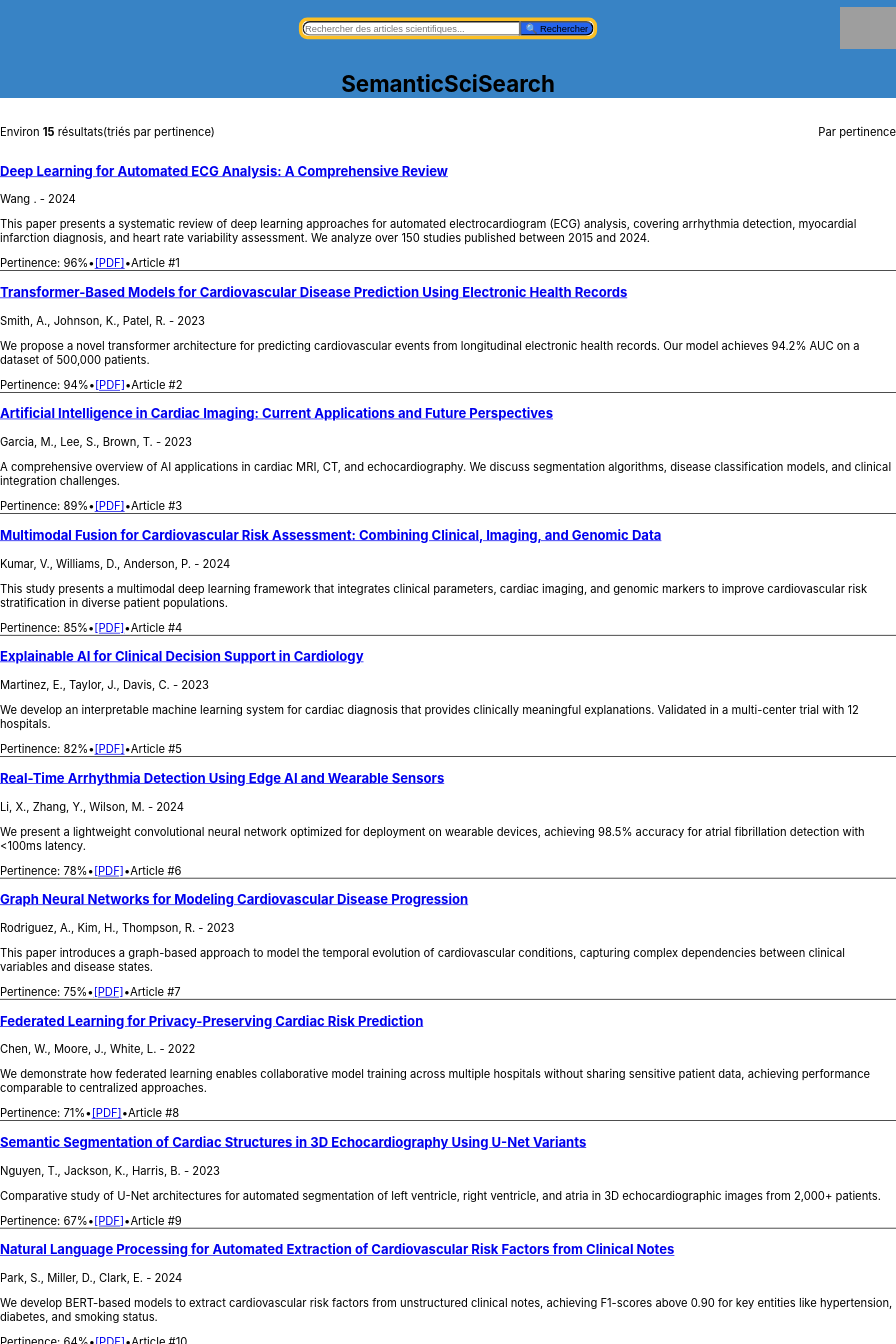
Repository: elh33/SemanticSciSearch
Page: / (app in frontend/)
The author's editor kept a copy of each file at every save. The page is drawn from the files as they stood at one save, then again after the next save.
The browser window is 1280 px wide. The pictures show the part of the page from y = 0 to 1920 px (the page is 2736 px tall before and 2744 px after), at 70% of full size.
Pictures or frames that could not be fetched are drawn as grey boxes. The project was rebuilt for these pictures with package versions that can differ from the ones it lists, and the page was loaded fresh each time.

Above is the page before, as saved 2025-11-21 22:46:52.

### frontend/index.html
<!DOCTYPE html>
<html lang="en">
  <head>
    <meta charset="UTF-8" />
    <meta name="viewport" content="width=device-width, initial-scale=1.0" />
    <title>SemanticSciSearch</title>
  </head>
  <body>
    <div id="root"></div>
    <script type="module" src="/src/index.tsx"></script>
  </body>
</html>

### frontend/src/index.tsx
import React from 'react';
import ReactDOM from 'react-dom';
import App from './App';
import './index.css';

ReactDOM.render(
  <React.StrictMode>
    <App />
  </React.StrictMode>,
  document.getElementById('root')
);

### frontend/src/App.tsx
import React from 'react';
// Importe le composant de recherche principal
import SearchResults from './components/SearchResults';

// Le composant App.tsx est le conteneur principal de l'application.
function App() {
  return (
    // Utilisation d'un fragment React (<>...</>) ou d'un <div> si tu as des styles globaux
    <>
      {/* Le composant SearchResults contient maintenant :
        - Le titre et le sous-titre de l'application.
        - La barre de recherche.
        - L'orchestration de la logique (appels à api.ts).
        - L'affichage de la liste des ArticleCard.
      */}
      <SearchResults />
    </>
  );
}

export default App;

### frontend/src/components/SearchResults.tsx
import React, { useState, useEffect } from 'react';
import { Article } from '../types';
import { searchArticles } from '../services/api';
import ArticleCard from './ArticleCard';

const SearchResults: React.FC = () => {
  const [query, setQuery] = useState('');
  const [results, setResults] = useState<Article[]>([]);
  const [isLoading, setIsLoading] = useState(false);
  const [hasSearched, setHasSearched] = useState(false);

  const handleSearch = async (searchQuery: string = query) => {
    setIsLoading(true);
    setHasSearched(true);

    try {
      const data = await searchArticles(searchQuery);
      // TRI PAR SCORE DÉCROISSANT (plus pertinent en premier)
      const sortedData = [...data].sort((a, b) => b.score - a.score);
      setResults(sortedData);
    } catch (error) {
      console.error("Erreur lors de la recherche:", error);
      setResults([]);
    } finally {
      setIsLoading(false);
    }
  };

  // Recherche initiale au chargement
  useEffect(() => {
    handleSearch('');
  }, []);

  const handleSubmit = (e: React.FormEvent) => {
    e.preventDefault();
    handleSearch();
  };

  return (
    <div className="min-h-screen bg-white">
      {/* En-tête avec fond bleu foncé - GRANDE BARRE */}
      <div style={{ backgroundColor: '#3883c5ff' }} className="sticky top-0 z-10 shadow-lg py-8">
        <div className="max-w-7xl mx-auto px-4">
          <div className="flex items-center justify-between gap-6">
            {/* Espace vide à gauche pour centrer la barre */}
            <div className="flex-1"></div>

            {/* Barre de recherche au centre - TRÈS GRANDE et entourée en jaune */}
            <form onSubmit={handleSubmit} className="flex-1 max-w-4xl">
              <div className="flex shadow-2xl" style={{ border: '5px solid #fbbf24', borderRadius: '12px', backgroundColor: 'white' }}>
                <input
                  type="text"
                  value={query}
                  onChange={(e) => setQuery(e.target.value)}
                  placeholder="Rechercher des articles scientifiques..."
                  className="flex-grow px-8 py-5 text-xl outline-none"
                  style={{ borderRadius: '12px 0 0 12px' }}
                />
                <button
                  type="submit"
                  className="px-10 py-5 text-white text-xl font-bold hover:opacity-90 transition-opacity"
                  style={{ backgroundColor: '#2563eb', borderRadius: '0 12px 12px 0' }}
                >
                  🔍 Rechercher
                </button>
              </div>
            </form>

            {/* Logo fleur.png à droite */}
            <div className="flex-1 flex justify-end">
              <img
                src="/fleur.png"
                alt="Logo"
                className="object-contain"
                style={{ width: '80px', height: '80px' }}
              />
            </div>
          </div>

          {/* Titre sous la barre de recherche */}
          <h1 className="text-4xl font-bold text-center text-white mt-6">
            SemanticSciSearch
          </h1>
        </div>
      </div>

      {/* Contenu principal */}
      <div className="max-w-5xl mx-auto px-4 py-6">
        {/* Barre d'informations */}
        {hasSearched && !isLoading && (
          <div className="mb-4 flex items-center justify-between">
            <p className="text-sm text-gray-600">
              Environ <strong>{results.length}</strong> résultat{results.length > 1 ? 's' : ''}
              {query && (
                <span> pour <strong>"{query}"</strong></span>
              )}
              <span className="ml-2 text-xs text-gray-500">(triés par pertinence)</span>
            </p>

            {/* Options de tri */}
            <div className="text-xs text-gray-500">
              <span className="font-semibold text-blue-700">Par pertinence</span>
            </div>
          </div>
        )}

        {/* Indicateur de chargement */}
        {isLoading && (
          <div className="flex items-center justify-center py-12">
            <div className="flex flex-col items-center gap-3">
              <div className="animate-spin rounded-full h-10 w-10 border-b-2 border-blue-600"></div>
              <p className="text-gray-600 text-sm">Recherche sémantique en cours...</p>
            </div>
          </div>
        )}

        {/* Liste des résultats */}
        {!isLoading && (
          <div className="bg-white">
            {results.length > 0 ? (
              results.map((article) => (
                <ArticleCard key={article.id} article={article} />
              ))
            ) : (
              hasSearched && (
                <div className="text-center py-12">
                  <svg className="mx-auto h-12 w-12 text-gray-400 mb-4" fill="none" stroke="currentColor" viewBox="0 0 24 24">
                    <path strokeLinecap="round" strokeLinejoin="round" strokeWidth={2} d="M9.172 16.172a4 4 0 015.656 0M9 10h.01M15 10h.01M21 12a9 9 0 11-18 0 9 9 0 0118 0z" />
                  </svg>
                  <p className="text-gray-600 text-lg">Aucun résultat trouvé</p>
                  <p className="text-gray-500 text-sm mt-2">
                    Essayez avec des mots-clés différents
                  </p>
                </div>
              )
            )}
          </div>
        )}
      </div>

      {/* Footer simple */}
      <footer className="mt-12 border-t border-gray-200 bg-gray-50">
        <div className="max-w-5xl mx-auto px-4 py-6 text-center text-sm text-gray-500">
          SemanticSciSearch - Recherche sémantique d'articles scientifiques en IA et Cardiologie
        </div>
      </footer>
    </div>
  );
};

export default SearchResults;

### frontend/src/services/api.ts
import { Article } from '../types';
import { MOCK_RESULTS } from '../data/mockData';
import axios from 'axios';

// 💡 INTERRUPTEUR : Passez à 'false' (ou commentez/supprimez) cette ligne
// UNIQUEMENT lorsque le Back-End FastAPI est prêt.
const USE_MOCK_DATA = true;

// URL de base lue depuis le .env pour le mode production
// Le .env doit contenir VITE_API_URL=http://localhost:8000
const API_BASE_URL = 'http://localhost:8000';

/**
 * Fonction principale de recherche d'articles.
 * Elle utilise soit les données mockées, soit l'API réelle.
 * @param query Le texte de la requête de l'utilisateur.
 * @returns Une promesse qui résout vers un tableau d'articles.
 */
export const searchArticles = async (query: string): Promise<Article[]> => {
  if (USE_MOCK_DATA) {
    // --- MODE MOCKÉ ---
    console.log(`[MOCK] Simulation de recherche pour: "${query}"`);

    // 1. Simuler le délai réseau (500ms) pour une meilleure expérience utilisateur
    await new Promise(resolve => setTimeout(resolve, 500));

    // 2. Simuler un filtre simple (recherche du mot-clé dans le titre)
    // S'il n'y a pas de requête (query vide), on renvoie tout.
    const lowerCaseQuery = query.toLowerCase();

    return MOCK_RESULTS.filter(article =>
        article.title.toLowerCase().includes(lowerCaseQuery) || lowerCaseQuery.length === 0
    );

  } else {
    // --- MODE PRODUCTION (Axios) ---
    console.log(`[AXIOS] Requête réelle vers: ${API_BASE_URL}/search pour: "${query}"`);

    try {
      // 1. Envoi de la requête POST à FastAPI
      const response = await axios.post(`${API_BASE_URL}/search`, { query });

      // 2. Retourne les données (TypeScript vérifie que c'est un tableau d'Articles)
      return response.data as Article[];

    } catch (error) {
      console.error("Erreur lors de l'appel à l'API de recherche:", error);
      // En cas d'échec de l'API, on renvoie un tableau vide
      return [];
    }
  }
};

### frontend/src/components/ArticleCard.tsx
import React from 'react';
import { Article } from '../types';

interface ArticleCardProps {
  article: Article;
}

const ArticleCard: React.FC<ArticleCardProps> = ({ article }) => {
  const scorePercent = (article.score * 100).toFixed(0);

  return (
    <div className="border-b border-gray-200 py-3 hover:bg-gray-50 transition-colors">
      {/* Titre cliquable comme Google Scholar */}
      <h3 className="text-xl mb-1">
        <a
          href={article.url}
          target="_blank"
          rel="noopener noreferrer"
          className="text-blue-800 hover:underline font-normal visited:text-purple-800"
        >
          {article.title}
        </a>
      </h3>

      {/* Auteurs et année */}
      <p className="text-sm text-gray-600 mb-2">
        {article.authors} - <span className="font-medium">{article.year}</span>
      </p>

      {/* Résumé */}
      <p className="text-sm text-gray-700 leading-relaxed mb-2">
        {article.abstract}
      </p>

      {/* Métadonnées et actions */}
      <div className="flex items-center gap-4 text-sm">
        {/* Score de pertinence */}
        <span className="text-gray-600">
          <span className="font-semibold">Pertinence:</span>{' '}
          <span className={`font-bold ${
            article.score > 0.8 ? 'text-green-600' :
            article.score > 0.5 ? 'text-yellow-600' :
            'text-gray-500'
          }`}>
            {scorePercent}%
          </span>
        </span>

        {/* Séparateur */}
        <span className="text-gray-400">•</span>

        {/* Lien PDF */}
        <a
          href={article.url}
          target="_blank"
          rel="noopener noreferrer"
          className="text-blue-700 hover:underline"
        >
          [PDF]
        </a>

        {/* Séparateur */}
        <span className="text-gray-400">•</span>

        {/* ID de l'article */}
        <span className="text-gray-400 text-xs">
          Article #{article.id}
        </span>
      </div>
    </div>
  );
};

export default ArticleCard;

### frontend/src/data/mockData.ts
import { Article } from '../types';

export const MOCK_RESULTS: Article[] = [
  {
    id: '1',
    title: 'Deep Learning for Automated ECG Analysis: A Comprehensive Review',
    abstract: "This paper presents a systematic review of deep learning approaches for automated electrocardiogram (ECG) analysis, covering arrhythmia detection, myocardial infarction diagnosis, and heart rate variability assessment. We analyze over 150 studies published between 2015 and 2024.",
    authors: "Wang .",
    year: 2024,
    score: 0.96,
    url: 'https://arxiv.org/pdf/2301.04634'
  },
  {
    id: '2',
    title: 'Transformer-Based Models for Cardiovascular Disease Prediction Using Electronic Health Records',
    abstract: "We propose a novel transformer architecture for predicting cardiovascular events from longitudinal electronic health records. Our model achieves 94.2% AUC on a dataset of 500,000 patients.",
    authors: "Smith, A., Johnson, K., Patel, R.",
    year: 2023,
    score: 0.94,
    url: 'https://arxiv.org/pdf/2305.12987'
  },
  {
    id: '3',
    title: 'Artificial Intelligence in Cardiac Imaging: Current Applications and Future Perspectives',
    abstract: "A comprehensive overview of AI applications in cardiac MRI, CT, and echocardiography. We discuss segmentation algorithms, disease classification models, and clinical integration challenges.",
    authors: "Garcia, M., Lee, S., Brown, T.",
    year: 2023,
    score: 0.89,
    url: 'https://arxiv.org/pdf/2203.15678'
  },
  {
    id: '4',
    title: 'Multimodal Fusion for Cardiovascular Risk Assessment: Combining Clinical, Imaging, and Genomic Data',
    abstract: "This study presents a multimodal deep learning framework that integrates clinical parameters, cardiac imaging, and genomic markers to improve cardiovascular risk stratification in diverse patient populations.",
    authors: "Kumar, V., Williams, D., Anderson, P.",
    year: 2024,
    score: 0.85,
    url: '/documents/multimodal-cardio-risk.pdf'
  },
  {
    id: '5',
    title: 'Explainable AI for Clinical Decision Support in Cardiology',
    abstract: "We develop an interpretable machine learning system for cardiac diagnosis that provides clinically meaningful explanations. Validated in a multi-center trial with 12 hospitals.",
    authors: "Martinez, E., Taylor, J., Davis, C.",
    year: 2023,
    score: 0.82,
    url: 'https://arxiv.org/pdf/2511.13703.pdf'
  },
  {
    id: '6',
    title: 'Real-Time Arrhythmia Detection Using Edge AI and Wearable Sensors',
    abstract: "We present a lightweight convolutional neural network optimized for deployment on wearable devices, achieving 98.5% accuracy for atrial fibrillation detection with <100ms latency.",
    authors: "Li, X., Zhang, Y., Wilson, M.",
    year: 2024,
    score: 0.78,
    url: '/documents/edge-ai-arrhythmia.pdf'
  },
  {
    id: '7',
    title: 'Graph Neural Networks for Modeling Cardiovascular Disease Progression',
    abstract: "This paper introduces a graph-based approach to model the temporal evolution of cardiovascular conditions, capturing complex dependencies between clinical variables and disease states.",
    authors: "Rodriguez, A., Kim, H., Thompson, R.",
    year: 2023,
    score: 0.75,
    url: 'https://arxiv.org/pdf/2204.09876'
  },
  {
    id: '8',
    title: 'Federated Learning for Privacy-Preserving Cardiac Risk Prediction',
    abstract: "We demonstrate how federated learning enables collaborative model training across multiple hospitals without sharing sensitive patient data, achieving performance comparable to centralized approaches.",
    authors: "Chen, W., Moore, J., White, L.",
    year: 2022,
    score: 0.71,
    url: '/documents/federated-cardiac.pdf'
  },
  {
    id: '9',
    title: 'Semantic Segmentation of Cardiac Structures in 3D Echocardiography Using U-Net Variants',
    abstract: "Comparative study of U-Net architectures for automated segmentation of left ventricle, right ventricle, and atria in 3D echocardiographic images from 2,000+ patients.",
    authors: "Nguyen, T., Jackson, K., Harris, B.",
    year: 2023,
    score: 0.67,
    url: '/documents/3d-echo-segmentation.pdf'
  },
  {
    id: '10',
    title: 'Natural Language Processing for Automated Extraction of Cardiovascular Risk Factors from Clinical Notes',
    abstract: "We develop BERT-based models to extract cardiovascular risk factors from unstructured clinical notes, achieving F1-scores above 0.90 for key entities like hypertension, diabetes, and smoking status.",
    authors: "Park, S., Miller, D., Clark, E.",
    year: 2024,
    score: 0.64,
    url: 'https://arxiv.org/pdf/2302.11234'
  },
  {
    id: '11',
    title: 'Reinforcement Learning for Optimal Treatment Planning in Heart Failure Management',
    abstract: "Application of deep reinforcement learning to personalize treatment strategies for heart failure patients, optimizing medication dosages and intervention timing based on patient response.",
    authors: "Ahmed, R., Lewis, G., Young, N.",
    year: 2022,
    score: 0.58,
    url: '/documents/rl-heart-failure.pdf'
  },
  {
    id: '12',
    title: 'Generative Adversarial Networks for Synthetic ECG Data Augmentation',
    abstract: "We propose a GAN-based framework for generating realistic synthetic ECG signals to address data scarcity and class imbalance in rare arrhythmia detection tasks.",
    authors: "Hoffman, P., Scott, A., King, V.",
    year: 2023,
    score: 0.52,
    url: '/documents/gan-ecg-augmentation.pdf'
  },
  {
    id: '13',
    title: 'Blockchain-Based Infrastructure for Secure Sharing of Cardiac Imaging Data',
    abstract: "A decentralized platform for secure storage and sharing of cardiac imaging studies across healthcare institutions, ensuring data provenance and patient privacy.",
    authors: "Green, T., Adams, F., Wright, M.",
    year: 2022,
    score: 0.45,
    url: '/documents/blockchain-cardiac-imaging.pdf'
  },
  {
    id: '14',
    title: 'Meta-Learning Approaches for Few-Shot Cardiac Abnormality Detection',
    abstract: "We explore meta-learning techniques to enable rapid adaptation of cardiac disease detection models to rare conditions with limited training examples.",
    authors: "Baker, L., Turner, S., Phillips, O.",
    year: 2023,
    score: 0.38,
    url: '/documents/meta-learning-cardiac.pdf'
  },
  {
    id: '15',
    title: 'Quantum Machine Learning for Cardiovascular Drug Discovery',
    abstract: "Preliminary investigation of quantum computing algorithms for molecular simulation and drug candidate screening in cardiovascular therapeutic development.",
    authors: "Collins, R., Morris, J., Cooper, W.",
    year: 2024,
    score: 0.22,
    url: '/documents/quantum-ml-cardio.pdf'
  }
];

Loaded but not shown: frontend/src/index.css (common file)

After the next save:
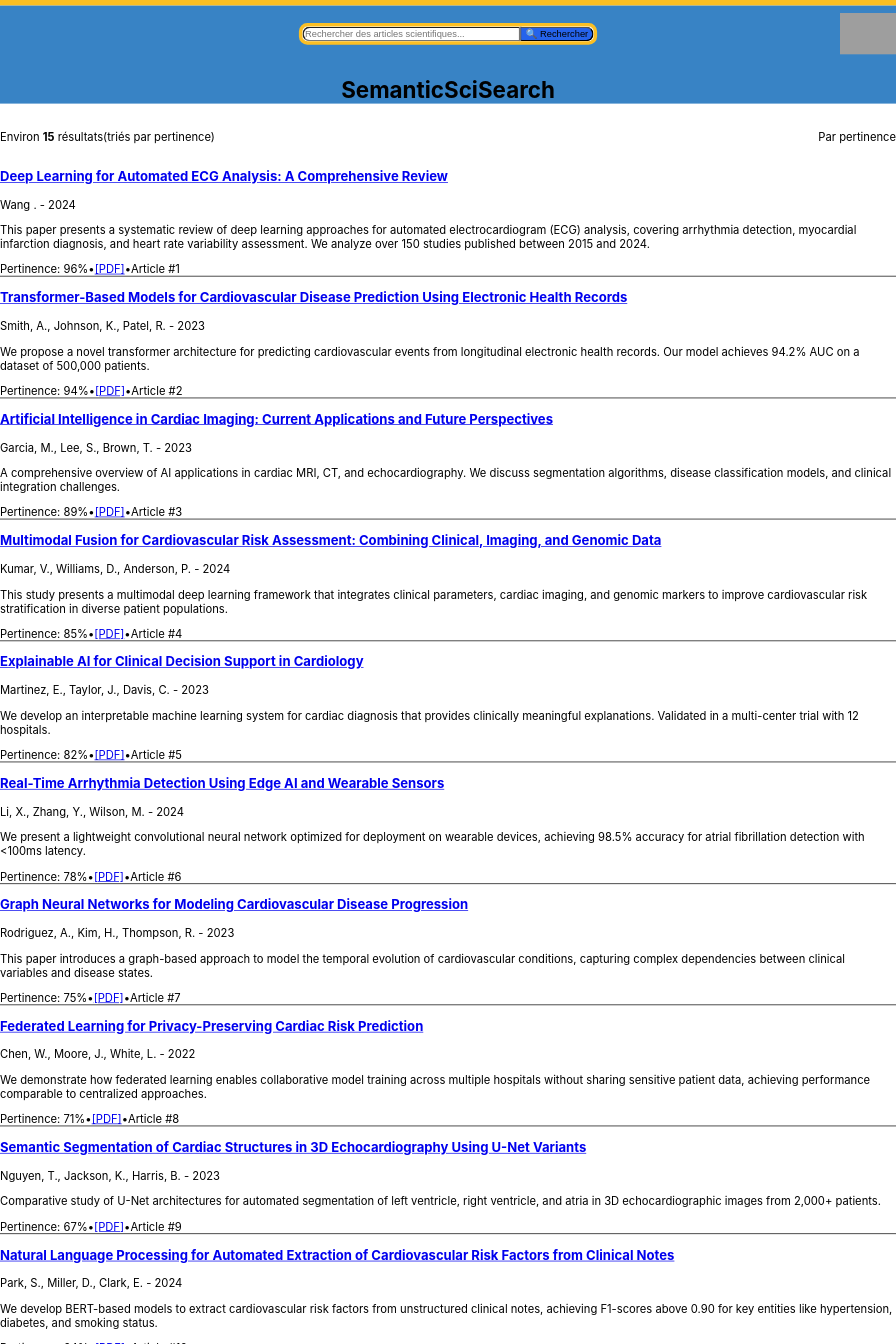
Saved 17 min 27 s later.
--- a/frontend/src/components/SearchResults.tsx
+++ b/frontend/src/components/SearchResults.tsx
@@ -38,9 +38,12 @@ const SearchResults: React.FC = () => {
 
   return (
     <div className="min-h-screen bg-white">
-      {/* En-tête avec fond bleu foncé - GRANDE BARRE */}
-      <div style={{ backgroundColor: '#3883c5ff' }} className="sticky top-0 z-10 shadow-lg py-8">
-        <div className="max-w-7xl mx-auto px-4">
+      {/* BARRE JAUNE EN HAUT */}
+      <div style={{ backgroundColor: '#fbbf24', height: '8px' }} className="w-full"></div>
+
+      {/* En-tête avec fond bleu - GRANDE BARRE */}
+      <div style={{ backgroundColor: '#3883c5ff' }} className="sticky top-0 z-10 shadow-lg">
+        <div className="max-w-7xl mx-auto px-4 py-10">
           <div className="flex items-center justify-between gap-6">
             {/* Espace vide à gauche pour centrer la barre */}
             <div className="flex-1"></div>
